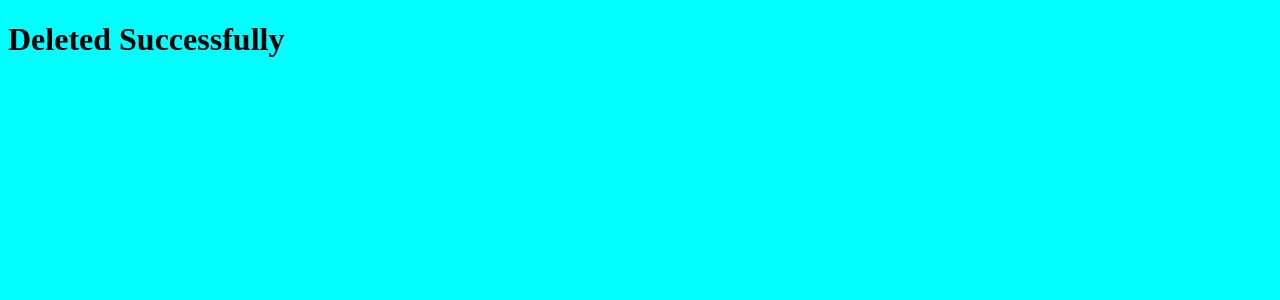
Repository: laikrish/day10
Page: http://localhost/EmployeeApp/deleteMessage.jsp
An editor plug-in stored every save of this project. The page is shown before and after the next save, followed by the edit.
The browser window is 1280 px wide. The pictures show the whole page.
The page is served by Tomcat 9.

Above is the page before, as saved 2018-09-08 06:57:22.

After the next save:
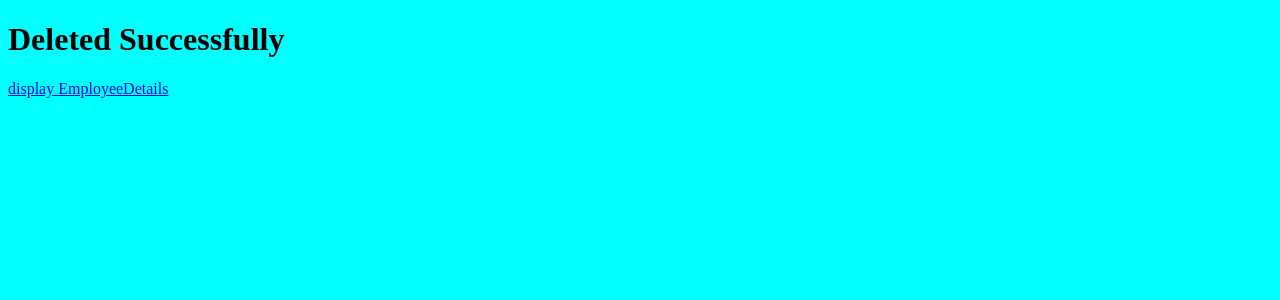
Saved 6 min 51 s later.
--- a/EmployeeApp/WebContent/deleteMessage.jsp
+++ b/EmployeeApp/WebContent/deleteMessage.jsp
@@ -10,8 +10,7 @@
 <body bgcolor = "cyan">
   <h1>Deleted Successfully</h1>
      <%--  <c:forEach var= "employee" items="${requestScope.employeesList}">
-
       </c:forEach> --%>
-
+       <td><a href = "getAllEmployees.jsp">display EmployeeDetails</a></td>
 </body>
 </html>
